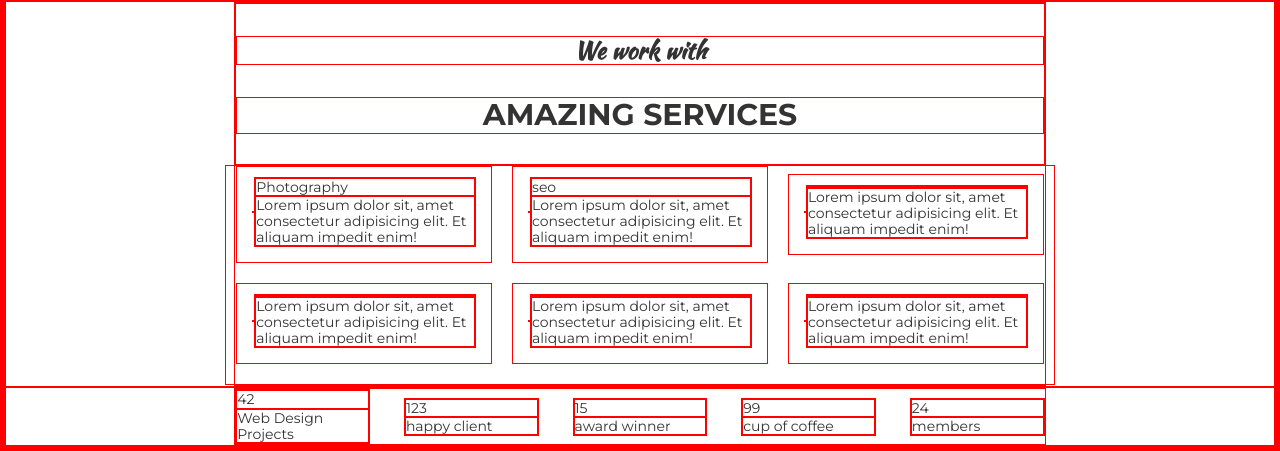
Repository: nataliiasaltan/Homework
Page: index.html
The author's editor kept a copy of each file at every save. The page is drawn from the files as they stood at one save, then again after the next save.
The browser window is 1280 px wide. The pictures show the part of the page from y = 901 to 1352 px (the page is 1352 px tall).

Above is the page before, as saved 2020-02-27 10:54:39.

After the next save:
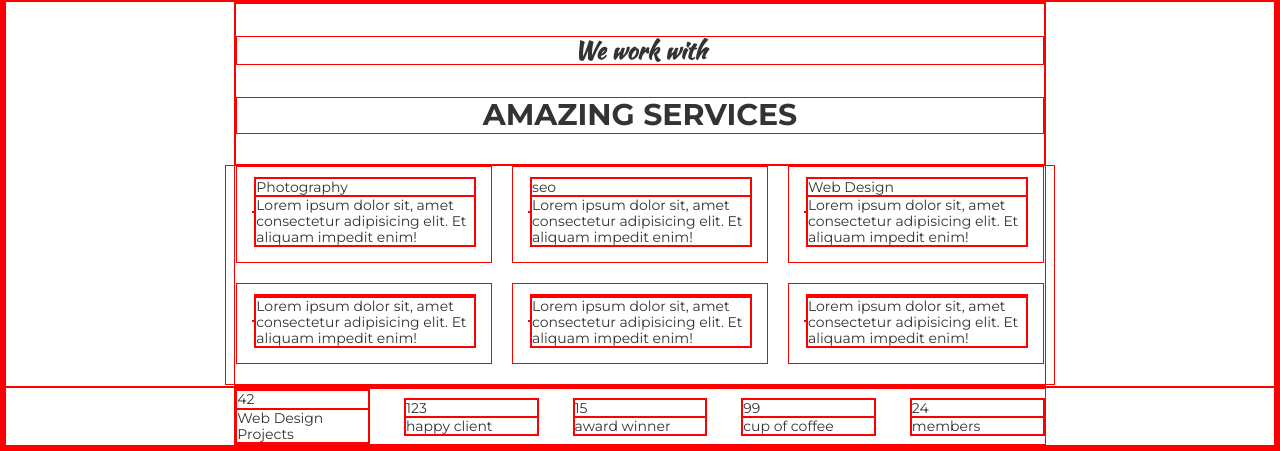
Saved 34 s later.
--- a/index.html
+++ b/index.html
@@ -86,7 +86,7 @@
                             <div class="development">
                                 <i class="icon-service"></i>
                                 <div class="development____inner">
-                                    <div class="name"></div>
+                                    <div class="name">Web Design</div>
                                     <div class="description">Lorem ipsum dolor
                                         sit,
                                         amet
